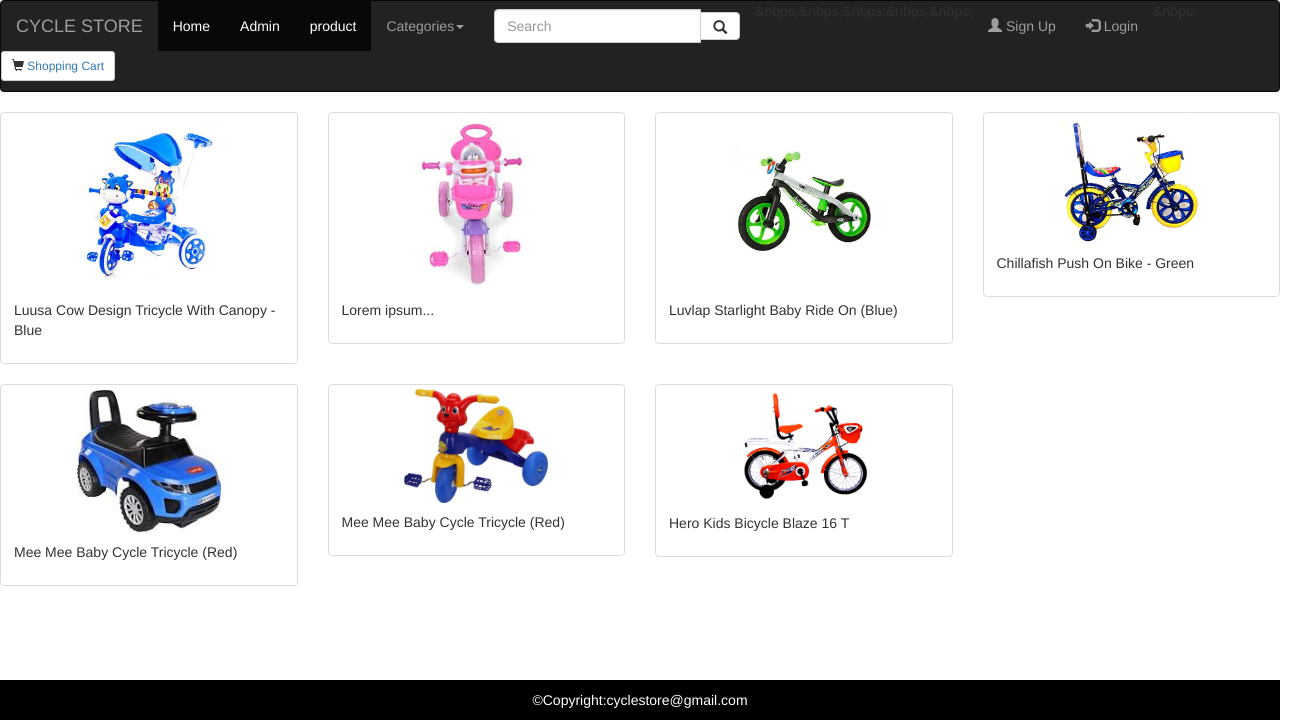
Repository: SumiyaSulaiman/project1
Page: http://localhost/cycle/kids.jsp
These files come from the project's save history. The page is drawn as it stood at one moment and after the next save; the edit follows.
The browser window is 1280 px wide. The page is 1295 px wide, so the pictures cover 1295 px, including what lies to the right of the window. The pictures show the whole page.
Some web libraries are served in a nearby version. The page is served by Tomcat 9. Nobody is signed in. The application's start-up code is not run. Other server files are loaded and not shown.

Above is the page before, as saved 2017-12-22 07:38:45.

### project/cycle/src/main/webapp/kids.jsp
<%@ page language="java" contentType="text/html; charset=ISO-8859-1"
    pageEncoding="ISO-8859-1"%>
<!DOCTYPE html PUBLIC "-//W3C//DTD HTML 4.01 Transitional//EN" "http://www.w3.org/TR/html4/loose.dtd">
<html>
<head>
<meta http-equiv="Content-Type" content="text/html; charset=ISO-8859-1">
<style>

.row.flex{display:inline-flex;  width:100%;}
img{width:50%;height=auto;}

</style>
</head>
<body>

<jsp:include page="header.jsp"></jsp:include>

<div class="row" >
  <div class="col-xs-3">
    <div class="thumbnail">
      <a href="./resources/baby1.jpg">
        <img src="./resources/baby1.jpg" >
        <div class="caption">
          <p>Luusa Cow Design Tricycle With Canopy - Blue</p>
        </div>
      </a>
    </div>
  </div>
  <div class="col-xs-3">
    <div class="thumbnail" >
      <a href="./resources/baby2.jpg">
        <img src="./resources/baby2.jpg" >
        <div class="caption">
          <p>Lorem ipsum...</p>
        </div>
      </a>
    </div>
  </div>
  <div class="col-xs-3">
    <div class="thumbnail">
      <a href="./resources/kid1.jpg">
        <img src="./resources/kid1.jpg">
        <div class="caption">
          <p>Luvlap Starlight Baby Ride On (Blue)</p>
        </div>
      </a>
    </div>
  </div>
  <div class="col-xs-3">
    <div class="thumbnail">
      <a href="./resources/baby4.jpg">
        <img src="./resources/baby4.jpg"  >
        <div class="caption">
          <p>Chillafish Push On Bike - Green</p>
        </div>
      </a>
    </div>
  </div>

</div>

<div class="row">
	<div class="col-xs-3">
    <div class="thumbnail">
      <a href="./resources/baby3.jpg">
        <img src="./resources/baby3.jpg">
        <div class="caption">
          <p>Mee Mee Baby Cycle Tricycle  (Red)</p>
        </div>
      </a>
    </div>
  </div>

	<div class="col-xs-3">
    <div class="thumbnail">
      <a href="./resources/baby5.jpg">
        <img src="./resources/baby5.jpg">
        <div class="caption">
          <p>Mee Mee Baby Cycle Tricycle  (Red)</p>
        </div>
      </a>
    </div>
  </div>

	<div class="col-xs-3">
    <div class="thumbnail">
      <a href="./resources/kid2.jpg">
        <img src="./resources/kid2.jpg">
        <div class="caption">
          <p>Hero Kids Bicycle Blaze 16 T</p>
        </div>
      </a>
    </div>
  </div>

</div>



<jsp:include page="footer.jsp"></jsp:include>

</body>
</html>

### project/cycle/src/main/webapp/header.jsp
 <%@ page language="java" contentType="text/html; charset=ISO-8859-1"
    pageEncoding="ISO-8859-1"%>
<!DOCTYPE html PUBLIC "-//W3C//DTD HTML 4.01 Transitional//EN" "http://www.w3.org/TR/html4/loose.dtd">
<html>
<head>
<meta charset="utf-8">
  <meta http-equiv="X-UA-Compatible" content="IE=edge">
  <meta name="description" content="">
  <meta name="viewport" content="width=device-width, initial-scale=1">
  <link rel="stylesheet" href="https://maxcdn.bootstrapcdn.com/bootstrap/3.3.7/css/bootstrap.min.css">
  <script src="https://ajax.googleapis.com/ajax/libs/jquery/3.2.0/jquery.min.js"></script>
  <script src="https://maxcdn.bootstrapcdn.com/bootstrap/3.3.7/js/bootstrap.min.js"></script>

</head>
<body>

<nav class="navbar navbar-inverse" >

    <div class="navbar-header">
      <a class="navbar-brand" href="#">CYCLE STORE</a>
    </div>
    <ul class="nav navbar-nav">
      <li class="active"><a href="index.jsp">Home</a></li>
      <li class="active"><a href="">Admin</a></li>
      <li class="active"><a href="">product</a></li>
      <li class="dropdown"><a class="dropdown-toggle" data-toggle="dropdown" href="Category">Categories<span class="caret"></span></a>
        <ul class="dropdown-menu">
          <li><a href="kids.jsp">KIDS</a> </li>
          <li><a href="women.jsp">WOMEN</a></li>
          <li><a href="men.jsp">MEN</a></li>
          <li>
          <%--  <c:forEach items="${clist }" var="c">
          <li><a href="#">${c.catName}</a></li>
          </c:forEach> --%>
        </ul>
      </li>


    <form class="navbar-form navbar-left">
      <div class="input-group">
        <input type="text" class="form-control" placeholder="Search">
        <div class="input-group-btn">
          <button class="btn btn-default" type="submit">
            <i class="glyphicon glyphicon-search"></i>
          </button>
        </div>
      </div>
    </form>


      <li>&nbps;&nbps;&nbps;&nbps;&nbps;</li>
      <li><a href="registration.jsp"><span class="glyphicon glyphicon-user"></span> Sign Up</a></li>
      <li> <a href="login.jsp"><span class="glyphicon glyphicon-log-in"></span> Login</a></li>
      <li>&nbps;</li>
    </ul>
       <p></p>
       <p>
        <button type="button" class="btn btn-default btn-sm">
          <span class="glyphicon glyphicon-shopping-cart"></span><a href="shoppingcart.jsp"> Shopping Cart</a>
        </button>
      </p>

</nav>

<style>
#ntext{
 color: #000000;
  }
</style>

</body>
</html>

### project/cycle/src/main/webapp/footer.jsp
<%@ page language="java" contentType="text/html; charset=ISO-8859-1"
    pageEncoding="ISO-8859-1"%>
<!DOCTYPE html PUBLIC "-//W3C//DTD HTML 4.01 Transitional//EN" "http://www.w3.org/TR/html4/loose.dtd">
<html>
<head>
<meta http-equiv="Content-Type" content="text/html; charset=ISO-8859-1">
<title>Insert title here</title>
</head>
<body>

<style>
.footer {
    position: fixed;
    left: 0;
    bottom: 0;
    width: 100%;
    background-color: black;
    color: white;
    text-align: center;
}
</style>

<div class="footer">
	<p></p>
  <p>©Copyright:cyclestore@gmail.com</p>
</div>

</body>
</html>

After the next save:
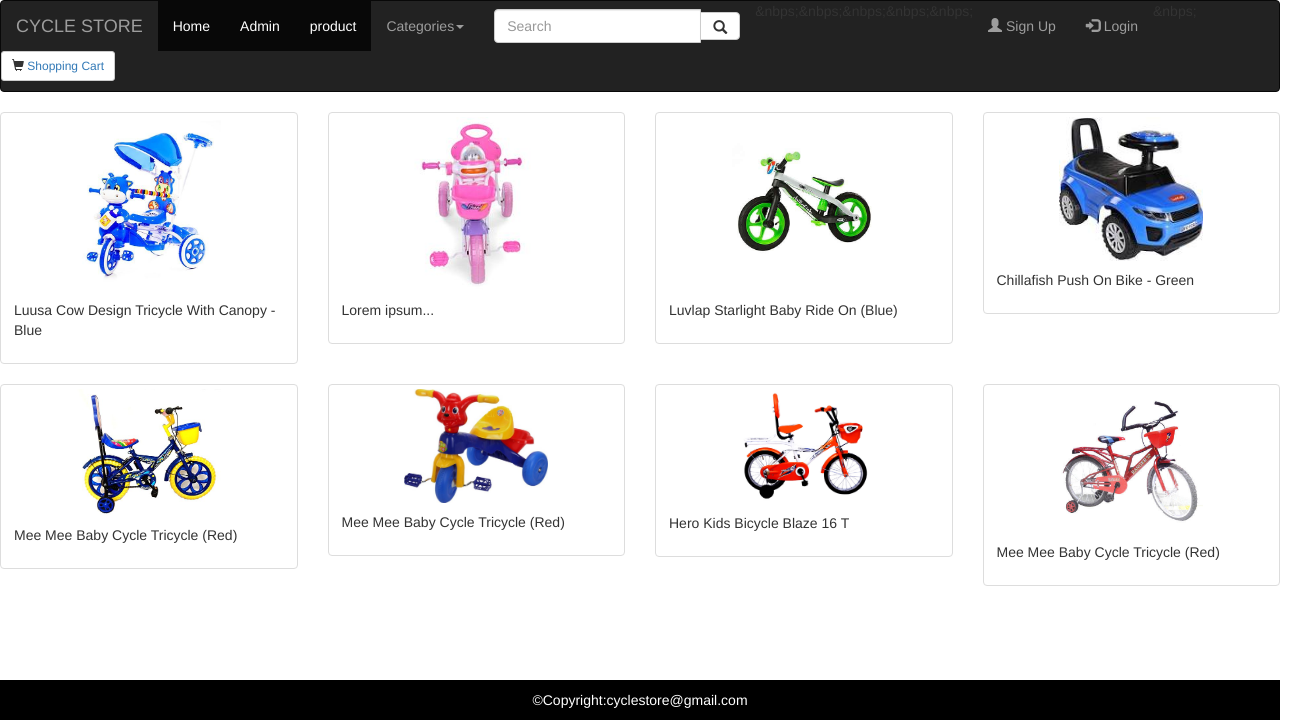
Saved 2 min 16 s later.
--- a/project/cycle/src/main/webapp/kids.jsp
+++ b/project/cycle/src/main/webapp/kids.jsp
@@ -48,8 +48,8 @@
   </div>
   <div class="col-xs-3">
     <div class="thumbnail">
-      <a href="./resources/baby4.jpg">
-        <img src="./resources/baby4.jpg"  >
+      <a href="./resources/baby3.jpg">
+        <img src="./resources/baby3.jpg"  >
         <div class="caption">
           <p>Chillafish Push On Bike - Green</p>
         </div>
@@ -62,8 +62,8 @@
 <div class="row">
 	<div class="col-xs-3">
     <div class="thumbnail">
-      <a href="./resources/baby3.jpg">
-        <img src="./resources/baby3.jpg">
+      <a href="./resources/baby4.jpg">
+        <img src="./resources/baby4.jpg">
         <div class="caption">
           <p>Mee Mee Baby Cycle Tricycle  (Red)</p>
         </div>
@@ -93,6 +93,17 @@
     </div>
   </div>
 
+  <div class="col-xs-3">
+    <div class="thumbnail">
+      <a href="./resources/cycle3.jpg">
+        <img src="./resources/cycle3.jpg">
+        <div class="caption">
+          <p>Mee Mee Baby Cycle Tricycle  (Red)</p>
+        </div>
+      </a>
+    </div>
+  </div>
+
 </div>
 
 
